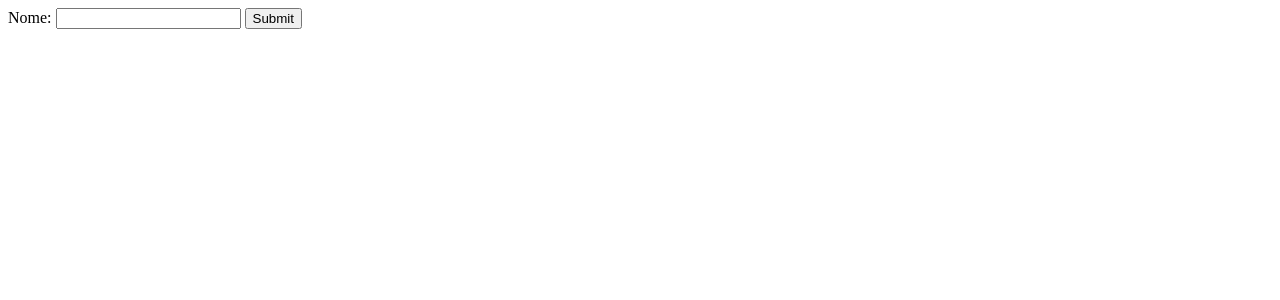
Repository: DiegoDBLe/JavaAlura
Page: http://localhost/gerenciador/formNovaEmpresa.jsp
An editor plug-in stored every save of this project. The page is shown before and after the next save, followed by the edit.
The browser window is 1280 px wide. The pictures show the whole page.
The page is served by Tomcat 10.

Above is the page before, as saved 2022-10-04 13:55:30.

After the next save:
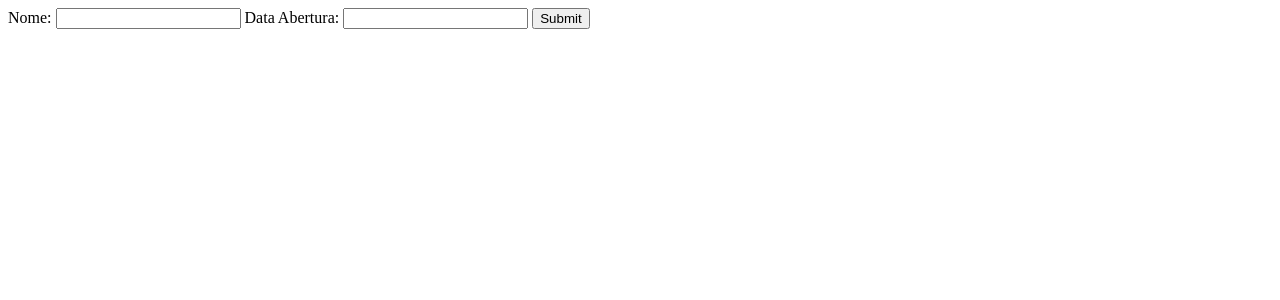
Saved 9 min 7 s later.
--- a/gerenciador/src/main/webapp/formNovaEmpresa.jsp
+++ b/gerenciador/src/main/webapp/formNovaEmpresa.jsp
@@ -12,6 +12,7 @@
 	<form action="${linkServletNovaEmpresa}" method="post">
 
 		Nome: <input type="text" name="nome" />
+		Data Abertura: <input type="text" name="data" />
 
 		<input type="submit">
 
